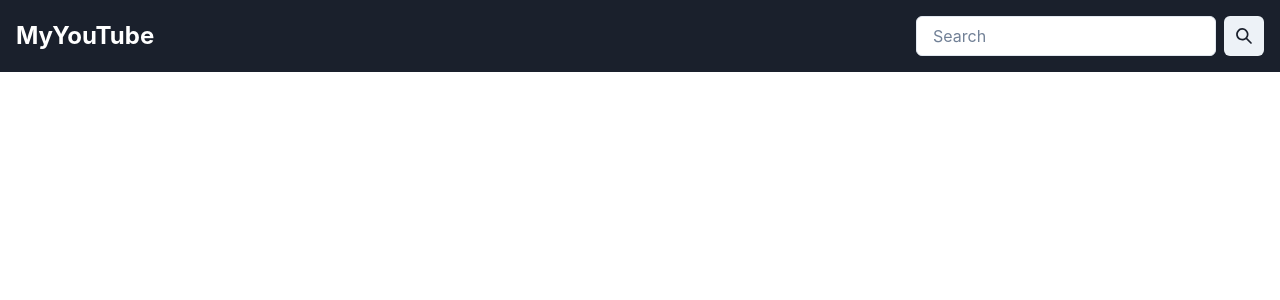
Repository: JuniorDevChris/YouTube-Engagement-Metrics
Page: /
The author's editor kept a copy of each file at every save. The page is drawn from the files as they stood at one save, then again after a run of saves.
The browser window is 1280 px wide. The pictures show the whole page.
The project was rebuilt for these pictures with package versions that can differ from the ones it lists, and the page was loaded fresh each time. Also part of the build but not shown: vite.config.ts, src/components/VideoCard.tsx, src/App.css.

Above is the page before, as saved 2024-07-16 22:12:52.

### src/main.tsx
import React from "react";
import { createRoot } from "react-dom/client";
import { ChakraProvider } from "@chakra-ui/react";
import App from "./App";
import "./index.css";

const container = document.getElementById("root")!;
const root = createRoot(container);

root.render(
  <React.StrictMode>
    <ChakraProvider>
      <App />
    </ChakraProvider>
  </React.StrictMode>
);

### src/App.tsx
import React, { useState } from "react";
import { Box } from "@chakra-ui/react";
import VideoGrid from "./components/VideoGrid";
import Navbar from "./components/Navbar";
import "./App.css";

interface Video {
  id: string;
  title: string;
  thumbnail: string;
  likes?: number;
  dislikes?: number;
}

function App() {
  const [query, setQuery] = useState<string>("");
  const [videos, setVideos] = useState<Video[]>([]);
  const [error, setError] = useState<string>("");
  const [loading, setLoading] = useState<boolean>(false);

  const fetchVideoStats = async (videoId: string) => {
    try {
      const response = await fetch(
        `https://returnyoutubedislikeapi.com/Votes?videoId=${videoId}`
      );
      const data = await response.json();
      return { likes: data.likes, dislikes: data.dislikes };
    } catch (error) {
      console.error("Error fetching video stats:", error);
      return { likes: null, dislikes: null };
    }
  };

  const fetchVideos = async () => {
    try {
      setError("");
      setVideos([]);
      setLoading(true);
      const response = await fetch(
        `https://www.googleapis.com/youtube/v3/search?part=snippet&q=${query}&type=video&key=${
          import.meta.env.VITE_YOUTUBE_API_KEY
        }`
      );
      const data = await response.json();
      console.log("API Response:", data); // Debugging line
      if (data.items) {
        const videoResults: Video[] = await Promise.all(
          data.items.map(async (item: any) => {
            const stats = await fetchVideoStats(item.id.videoId);
            return {
              id: item.id.videoId,
              title: item.snippet.title,
              thumbnail: item.snippet.thumbnails.medium.url,
              likes: stats.likes,
              dislikes: stats.dislikes,
            };
          })
        );
        setVideos(videoResults);
      } else {
        setError("No videos found");
      }
    } catch (err) {
      console.error("Error fetching videos:", err);
      setError("Error fetching videos");
    } finally {
      setLoading(false);
    }
  };

  return (
    <Box height="100vh" display="flex" flexDirection="column">
      <Navbar query={query} setQuery={setQuery} fetchVideos={fetchVideos} />
      <Box
        mt="80px"
        p={4}
        flex="1"
        display="flex"
        justifyContent="center"
        alignItems="center"
        width="100%"
      >
        {error && (
          <Box color="red.500" mb={2}>
            {error}
          </Box>
        )}
        <VideoGrid videos={videos} loading={loading} />
      </Box>
    </Box>
  );
}

export default App;

### src/components/VideoGrid.tsx
import { SimpleGrid, Spinner, AbsoluteCenter, Box } from "@chakra-ui/react";
import VideoCard from "./VideoCard";

interface Video {
  id: string;
  title: string;
  thumbnail: string;
  likes?: number;
  dislikes?: number;
}

interface VideoGridProps {
  videos: Video[];
  loading: boolean;
}

const VideoGrid: React.FC<VideoGridProps> = ({ videos, loading }) => {
  if (loading) {
    return (
      <AbsoluteCenter axis="both">
        <Spinner size="xl" />
      </AbsoluteCenter>
    );
  }

  return (
    <SimpleGrid columns={[1, 2, 3]} spacing={4} width="100%">
      {videos.map((video) => (
        <VideoCard key={video.id} {...video} />
      ))}
    </SimpleGrid>
  );
};

export default VideoGrid;

### src/components/Navbar.tsx
import React from "react";
import { Flex, Box, Input, IconButton, Spacer } from "@chakra-ui/react";
import { SearchIcon } from "@chakra-ui/icons";

interface NavbarProps {
  query: string;
  setQuery: (query: string) => void;
  fetchVideos: () => void;
}

const Navbar: React.FC<NavbarProps> = ({ query, setQuery, fetchVideos }) => {
  const handleKeyDown = (event: React.KeyboardEvent<HTMLInputElement>) => {
    if (event.key === "Enter") {
      fetchVideos();
    }
  };

  return (
    <Flex
      as="nav"
      bg="gray.800"
      color="white"
      padding={4}
      align="center"
      width="100%"
      position="fixed"
      top="0"
      zIndex="1000"
    >
      <Box fontSize="2xl" fontWeight="bold">
        MyYouTube
      </Box>
      <Spacer />
      <Box display="flex">
        <Input
          placeholder="Search"
          value={query}
          onChange={(e) => setQuery(e.target.value)}
          onKeyDown={handleKeyDown}
          width="300px"
          bg="white"
          color="black"
        />
        <IconButton
          icon={<SearchIcon />}
          onClick={fetchVideos}
          aria-label="Search"
          ml={2}
        />
      </Box>
    </Flex>
  );
};

export default Navbar;

Loaded but not shown: index.html (common file); src/index.css (common file)

After the next 10 saves:
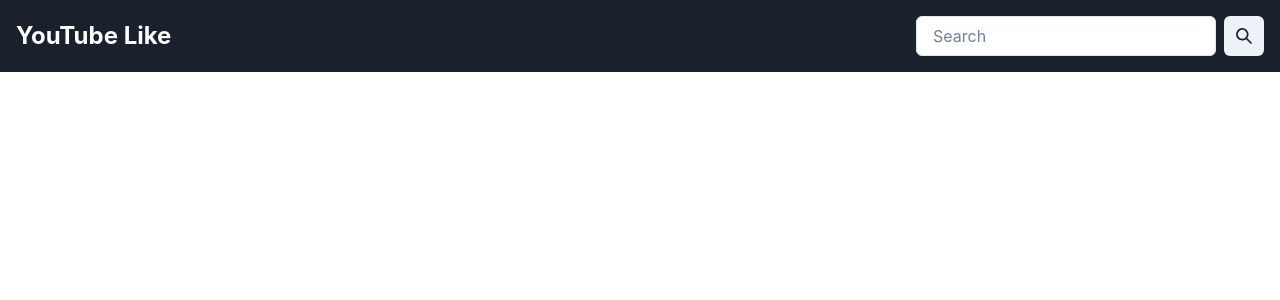
The 10 saves are shown as one change because they came seconds apart.
The last was saved 52 s later.
--- a/src/components/Navbar.tsx
+++ b/src/components/Navbar.tsx
@@ -28,7 +28,7 @@ const Navbar: React.FC<NavbarProps> = ({ query, setQuery, fetchVideos }) => {
       zIndex="1000"
     >
       <Box fontSize="2xl" fontWeight="bold">
-        MyYouTube
+        YouTube Like
       </Box>
       <Spacer />
       <Box display="flex">
